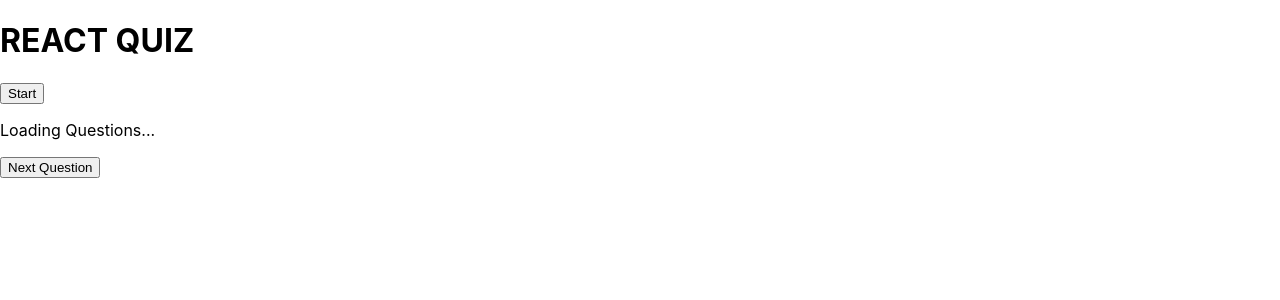
Repository: KrzysKolo/quizAPP
Page: /
An editor plug-in stored every save of this project. The page is shown before and after the next save, followed by the edit.
The browser window is 1280 px wide. The pictures show the whole page.
The project was rebuilt for these pictures with package versions that can differ from the ones it lists, and the page was loaded fresh each time.

Above is the page before, as saved 2021-04-24 17:41:12.

### public/index.html
<!DOCTYPE html>
<html lang="en">
  <head>
    <meta charset="utf-8" />
    <link rel="icon" href="%PUBLIC_URL%/favicon.ico" />
    <meta name="viewport" content="width=device-width, initial-scale=1" />
    <meta name="theme-color" content="#000000" />
    <meta
      name="description"
      content="Web site created using create-react-app"
    />
    <link rel="apple-touch-icon" href="%PUBLIC_URL%/logo192.png" />
    <!--
      manifest.json provides metadata used when your web app is installed on a
      user's mobile device or desktop. See https://developers.google.com/web/fundamentals/web-app-manifest/
    -->
    <link rel="manifest" href="%PUBLIC_URL%/manifest.json" />
    <!--
      Notice the use of %PUBLIC_URL% in the tags above.
      It will be replaced with the URL of the `public` folder during the build.
      Only files inside the `public` folder can be referenced from the HTML.

      Unlike "/favicon.ico" or "favicon.ico", "%PUBLIC_URL%/favicon.ico" will
      work correctly both with client-side routing and a non-root public URL.
      Learn how to configure a non-root public URL by running `npm run build`.
    -->
    <link rel="preconnect" href="https://fonts.gstatic.com">
<link href="https://fonts.googleapis.com/css2?family=Catamaran:wght@700&family=Roboto&display=swap" rel="stylesheet">
    <title>Quiz App</title>
  </head>
  <body>
    <noscript>You need to enable JavaScript to run this app.</noscript>
    <div id="root"></div>
    <!--
      This HTML file is a template.
      If you open it directly in the browser, you will see an empty page.

      You can add webfonts, meta tags, or analytics to this file.
      The build step will place the bundled scripts into the <body> tag.

      To begin the development, run `npm start` or `yarn start`.
      To create a production bundle, use `npm run build` or `yarn build`.
    -->
  </body>
</html>

### src/App.tsx
import React, { useState } from 'react'
import QuestionCard from './components/QuestionCard';
import { fetchQuizQuestions } from './API';
import { QuestionState, Difficulty } from './API';

interface AnswerObject  {
  question: string;
  answer: string;
  correct: boolean;
  correctAnswer: string;
}

const TOTAL_QUESTIONS = 10;

const App = () => {
  const [loading, setLoading] = useState(false);
  const [questions, setQuestions] = useState<QuestionState[]>([]);
  const [number, setNumber] = useState(0);
  const [userAnswers, setUserAnswers] = useState<AnswerObject[]>([]);
  const [score, setScore] = useState(0);
  const [gameOver, setGameOver] = useState(true);

  console.log(questions);

  const startTrivia = async () => {
    setLoading(true);
    setGameOver(false);

    const newQuestions = await fetchQuizQuestions(
      TOTAL_QUESTIONS,
      Difficulty.EASY
    );

    setQuestions(newQuestions);
    setScore(0);
    setUserAnswers([]);
    setNumber(0);
    setLoading(false);
  };


  const checkAnswer = (e: React.MouseEvent<HTMLButtonElement>) => {
  };
  const nextQuestion = () => {


  };

  return (
    <div>
      <h1>REACT QUIZ</h1>
      {gameOver || userAnswers.length === TOTAL_QUESTIONS ? (
        <button className="start" onClick={startTrivia}>
          Start
        </button>
      ): null}
      { !gameOver ? <p className="score">Score: </p> : null}
      <p >Loading Questions... </p>
    {/*   <QuestionCard
        questionNr={number + 1}
        totalGuestions={TOTAL_QUESTIONS}
        question={questions[number].question}
        answers={questions[number].answers}
        userAnswer={userAnswers ? userAnswers[number] : undefined}
        callback={checkAnswer}

      /> */}
      <button className="next" onClick={nextQuestion}>
        Next Question
      </button>
    </div>
  )
}

export default App

### src/API.ts

import { shuffleArray } from './utils';

export interface Question  {
  category: string,
  correct_answer: string,
  difficulty: string,
  incorrect_answers: string[],
  question: string,
  type: string,
};
export type QuestionState = Question & { answers: string[] };

export enum Difficulty {
  EASY = "easy",
  MEDIUM = "medium",
  HARD = "hard"
}

export const fetchQuizQuestions = async (amount: number, difficulty: Difficulty) => {
  const endpoint = `https://opentdb.com/api.php?amount=${amount}&difficulty=${difficulty}&type=multiple`;
  const data = await (await fetch(endpoint)).json();
  return data.results.map((question: Question) => (
    {
      ...question,
      answer: shuffleArray([...question.incorrect_answers, question.correct_answer])
    }
  ))
  console.log(data)
}

### src/utils.ts
export const shuffleArray = (array: any[]) =>
[...array].sort(() => Math.random() - 0.5)

Loaded but not shown: src/index.tsx (common file); src/index.css (common file)

After the next save:
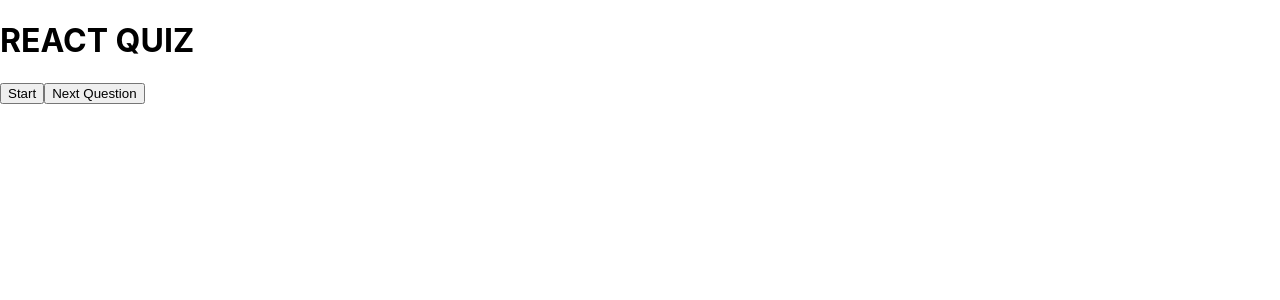
Saved 42 s later.
--- a/src/App.tsx
+++ b/src/App.tsx
@@ -55,7 +55,7 @@ const App = () => {
         </button>
       ): null}
       { !gameOver ? <p className="score">Score: </p> : null}
-      <p >Loading Questions... </p>
+      { loading ? <p >Loading Questions... </p> : null }
     {/*   <QuestionCard
         questionNr={number + 1}
         totalGuestions={TOTAL_QUESTIONS}
